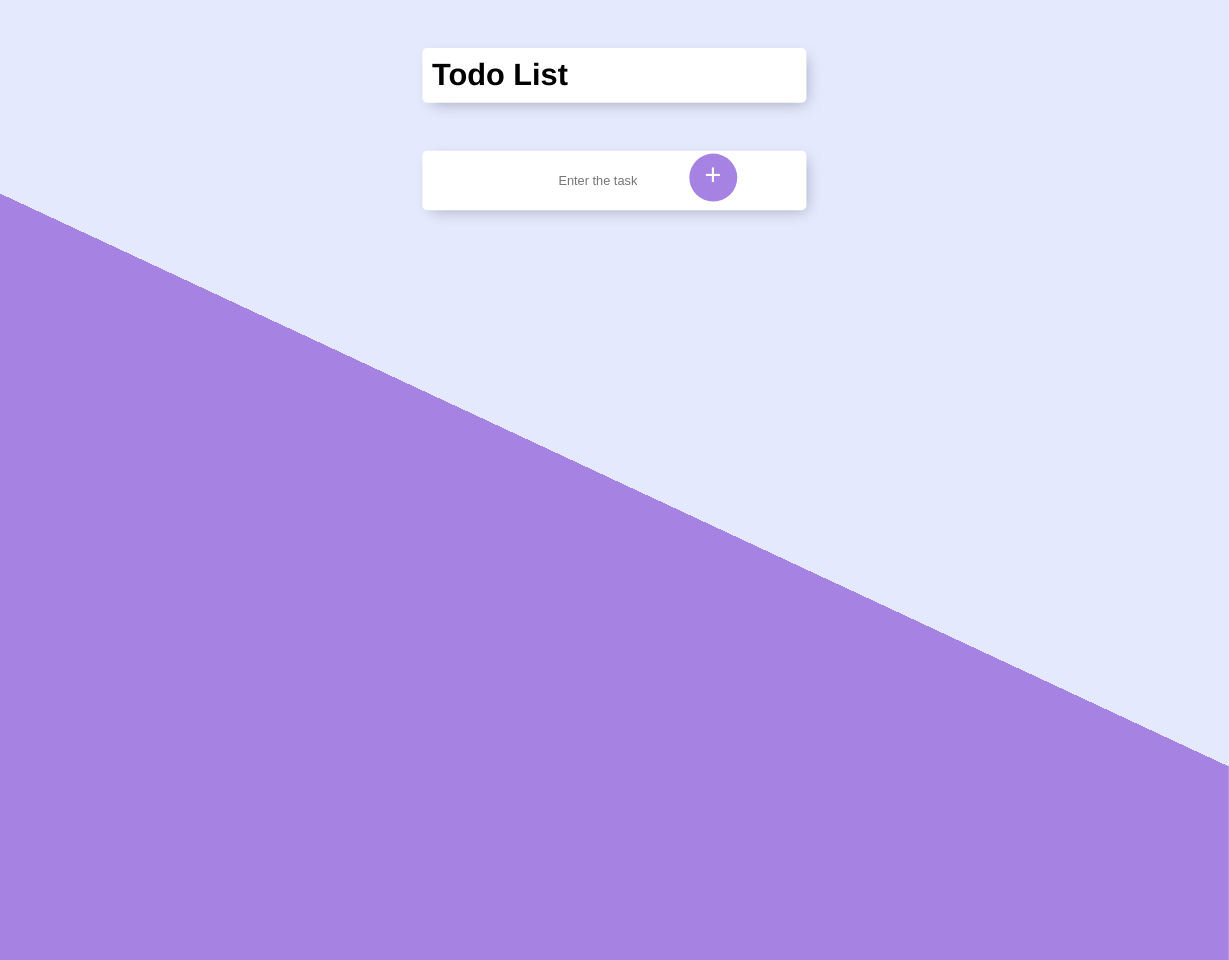
Repository: rupeshkofficial/Todo-List-Ver2
Page: http://localhost/
An editor plug-in stored every save of this project. The page is shown before and after the next save, followed by the edit.
The browser window is 1280 px wide. The pictures show the whole page, at 96% of full size.
The page is served by the project's Node server (app.js).

Above is the page before, as saved 2023-02-23 16:22:08.

### views/list.ejs
<!DOCTYPE html>
<html>

<head>
    <title> Todo List</title>
    <link rel="stylesheet" href="css/style.css">
</head>

<body>
    <div class="box">
        <h1>Todo List</h1>
    </div>
    <div class="box">

        <% for( var i=0; i < ejes.length; i++){ %>
            <div class="item">
                <input type="checkbox">
                <p>
                    <%= ejes[i] %>
                </p>
            </div>


            <% } %>

                <form action="/" , method="POST">
                    <input type="text" name="ele1" placeholder="Enter the task">
                    <button type="submit">+</button>

                </form>
    </div>
</body>

</html>

### app.js
const express = require("express");
const bodyParser = require("body-parser");

var app = express();
app.set("view engine", "ejs");
app.use(express.static('public'));
app.use(express.urlencoded({ extended: true }));
var items = [];

var example = "working";
app.get("/", function (req, res) {
    res.render("list", { ejes: items });
});

app.post("/", function (req, res) {
    var item  = req.body.ele1;
    items.push(item);
    res.redirect("/");

    // console.log(req.body.ele1);
});

app.listen(8000, function () {
    console.log("Server started");
});

### public/css/style.css
html{
    background-color: #E4E9FD;
    background-image: -webkit-linear-gradient(65deg, #A683E3 50%, #E4E9FD 50%);
    min-height: 1000px;
    font-family: 'helvetica neue';
}

h1{
    color: #000;
    padding: 10px;
}

.box{
    max-width: 400px;
    margin: 50px auto;
    background: white;
    border-radius: 5px;
    box-shadow: 5px 5px 15px -5px rgba(0,0,0,0.3);
}

#heading{
    background-color: #A683E3;
    text-align: center;
}

.item{
    min-height: 70px;
    display: flex;
    align-items: center;
    border-bottom: 1px solid #F1F1F1;
}

.item:last-child{
    border-bottom:0;
}

input:checked+p{
    text-decoration: line-through;
    text-decoration-color: #A683E3;
}

input[type="checkbox"]{
    margin: 20px;
}

p{
    margin:0;
    padding: 20px;
    font-size: 20px;
    font-weight: 200;
    color:#00204a;

}

form{
    text-align: center;
    margin-left: 20px;
}

button{
    min-height: 50px;
    width: 50px;
    border-radius: 50%;
    border-color: transparent;
    background-color:#A683E3;
    color:#fff;
    font-size: 30px;
    padding-bottom: 6px;
    border-width: 0;
}

input[type="text"]{
    text-align: center;
    height: 60px;
    top:10px;
    border: none;
    background:transparent;
    font-size: ;
}

After the next save:
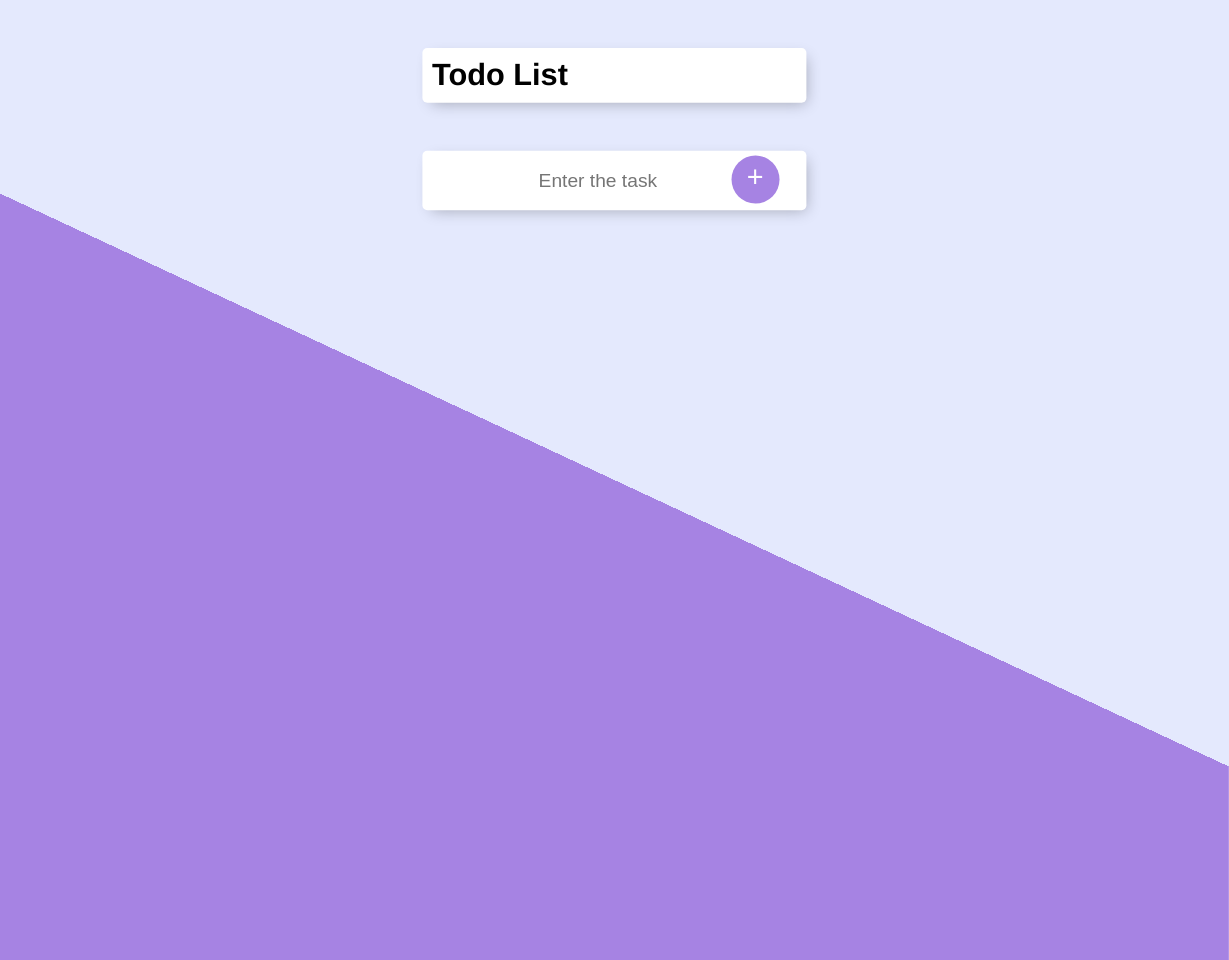
Saved 6 s later.
--- a/public/css/style.css
+++ b/public/css/style.css
@@ -75,5 +75,6 @@ input[type="text"]{
     top:10px;
     border: none;
     background:transparent;
-    font-size: ;
+    font-size: 20px;
+    ;
 }
